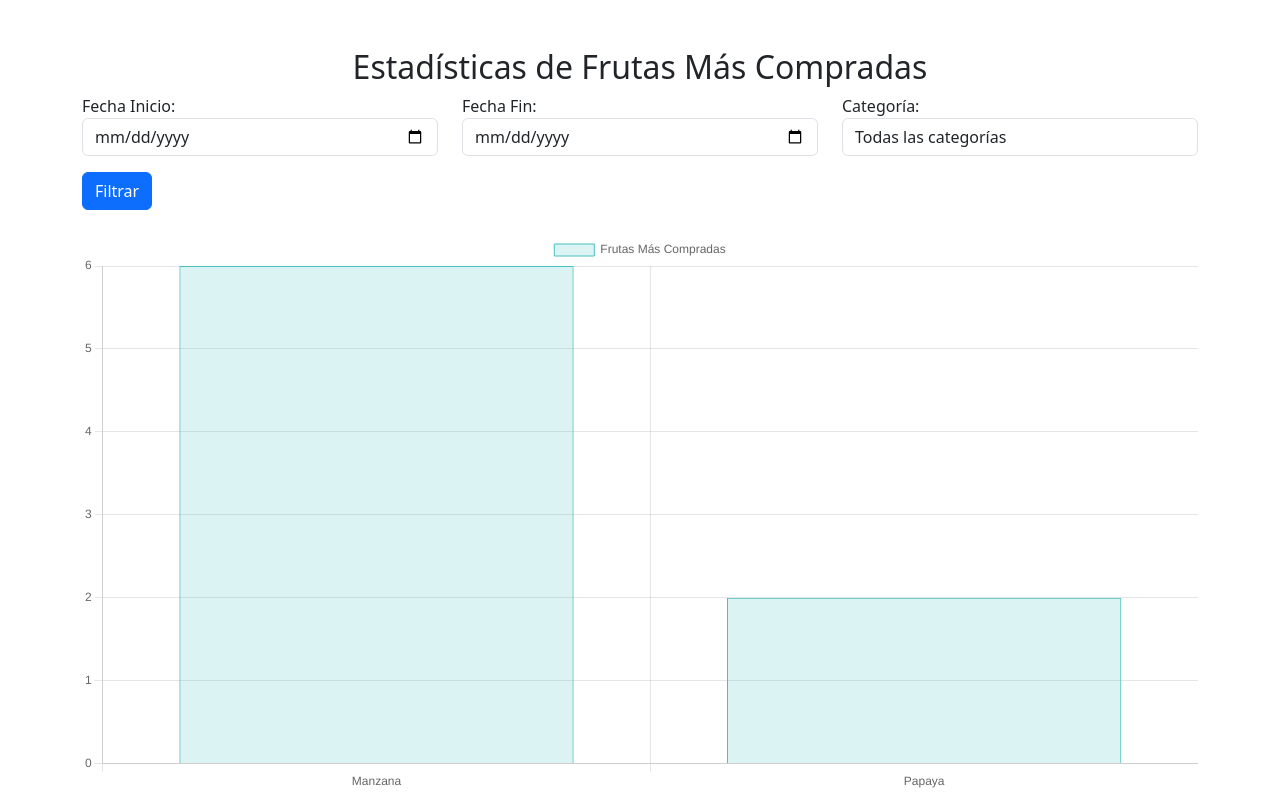
Repository: aandreaamaya/DiU2025-1
Page: http://localhost/estadisticas/
The author's editor kept a copy of each file at every save. The page is drawn from the files as they stood at one save, then again after the next save.
The browser window is 1280 px wide. The pictures show the whole page.
The page is served by the project's application, run on Django 5.2 (Clase 9/proyecto_ejemplo_clase_7/manage.py). Other server files are loaded and not shown. The page reads the database file committed with the project.

Above is the page before, as saved 2024-10-09 16:06:21.

### Clase 9/proyecto_ejemplo_clase_7/templates/estadisticas_frutas.html
{% extends 'base.html' %}
{% load static %}

{% block content %}
<div class="container mt-5">
    <h2 class="text-center">Estadísticas de Frutas Más Compradas</h2>

    <!-- Formulario para filtrar por fecha y categoría -->
    <form method="GET" class="row mb-4">
        <div class="col-md-4">
            <label for="fecha_inicio">Fecha Inicio:</label>
            <input type="date" name="fecha_inicio" class="form-control" id="fecha_inicio">
        </div>
        <div class="col-md-4">
            <label for="fecha_fin">Fecha Fin:</label>
            <input type="date" name="fecha_fin" class="form-control" id="fecha_fin">
        </div>
        <div class="col-md-4">
            <label for="categoria">Categoría:</label>
            <select name="categoria" class="form-control" id="categoria">
                <option value="">Todas las categorías</option>
                <!-- Aquí puedes generar las categorías dinámicamente -->
                <option value="Frutas Tropicales">Frutas Tropicales</option>
                <option value="Frutas Rojas">Frutas Rojas</option>
            </select>
        </div>
        <div class="col-md-12 mt-3">
            <button type="submit" class="btn btn-primary">Filtrar</button>
        </div>
    </form>

    <!-- Contenedor del gráfico -->
    <canvas id="graficoFrutasCompradas" width="400" height="200"></canvas>
</div>

<!-- Incluir Chart.js -->
<script src="https://cdn.jsdelivr.net/npm/chart.js"></script>
<script>
    const frutasCompradas = {{ frutas_compradas|safe }};  // Datos pasados desde Django

    // Extraer nombres y cantidades de frutas
    const nombresFrutas = frutasCompradas.map(f => f.fruta__nombre);
    const cantidadesFrutas = frutasCompradas.map(f => f.total_compradas);
    const porcentajesFrutas = frutasCompradas.map(f => f.porcentaje);

    // Crear gráfico
    const ctx = document.getElementById('graficoFrutasCompradas').getContext('2d');
    const graficoFrutas = new Chart(ctx, {
        type: 'bar',
        data: {
            labels: nombresFrutas,
            datasets: [{
                label: 'Frutas Más Compradas',
                data: cantidadesFrutas,
                backgroundColor: 'rgba(75, 192, 192, 0.2)',
                borderColor: 'rgba(75, 192, 192, 1)',
                borderWidth: 1
            }]
        },
        options: {
            scales: {
                y: {
                    beginAtZero: true
                }
            },
            plugins: {
                tooltip: {
                    callbacks: {
                        label: function(tooltipItem) {
                            const index = tooltipItem.dataIndex;
                            return `${nombresFrutas[index]}: ${porcentajesFrutas[index].toFixed(2)}% del total`;
                        }
                    }
                }
            }
        }
    });
</script>
{% endblock %}

### Clase 9/proyecto_ejemplo_clase_7/templates/base.html
<!-- base.html -->
{% load static %}
<!DOCTYPE html>
<html lang="es">
<head>
    <meta charset="UTF-8">
    <meta name="viewport" content="width=device-width, initial-scale=1.0">
    <title>Mercado Estético de Frutas</title>
    <link rel="stylesheet" href="{% static 'css/navbar.css' %}">
    <link href="https://cdn.jsdelivr.net/npm/bootstrap@5.3.0/dist/css/bootstrap.min.css" rel="stylesheet">
</head>
<body>

    {% if messages %}
    <div class="container mt-3">
        {% for message in messages %}
        <div class="alert alert-{{ message.tags }}">
            {{ message }}
        </div>
        {% endfor %}
    </div>
    {% endif %}

    {% block content %}
    {% endblock %}

    <script src="https://cdn.jsdelivr.net/npm/bootstrap@5.3.0/dist/js/bootstrap.bundle.min.js"></script>
</body>
</html>

### Clase 9/proyecto_ejemplo_clase_7/aplicacion_clase_7/views.py
from django.shortcuts import render, redirect, get_object_or_404
from django.contrib.auth.forms import UserCreationForm
from django.contrib.auth import login
from .models import Fruta, Compra, Categoria
from django.contrib.auth.decorators import login_required
from django.contrib import messages
from django.db.models import Count, Sum
from django.utils.dateparse import parse_date
import json

def estadisticas_frutas(request):
    # Filtros
    fecha_inicio = request.GET.get('fecha_inicio')
    fecha_fin = request.GET.get('fecha_fin')
    categorias = request.GET.getlist('categorias')  # Obtener una lista de categorías seleccionadas

    compras = Compra.objects.all()

    # Filtrar por rango de fechas si se especifica
    if fecha_inicio and fecha_fin:
        compras = compras.filter(fecha__range=[parse_date(fecha_inicio), parse_date(fecha_fin)])

    # Filtrar por múltiples categorías si se especifican
    if categorias:
        compras = compras.filter(fruta__categorias__id__in=categorias).distinct()

    # Obtener el total de frutas compradas
    frutas_compradas = compras.values('fruta__nombre').annotate(total_compradas=Sum('cantidad')).order_by('-total_compradas')

    # Calcular el porcentaje de frutas compradas
    total_compras = compras.aggregate(total=Sum('cantidad'))['total'] or 0
    if total_compras > 0:
        for fruta in frutas_compradas:
            fruta['porcentaje'] = (fruta['total_compradas'] / total_compras) * 100
    else:
        for fruta in frutas_compradas:
            fruta['porcentaje'] = 0

    # Obtener todas las categorías para el formulario
    todas_categorias = Categoria.objects.all()

    contexto = {
        'frutas_compradas': json.dumps(list(frutas_compradas)),
        'todas_categorias': todas_categorias,  # Enviar las categorías al formulario
    }
    return render(request, 'estadisticas_frutas.html', contexto)

# Vista para listar frutas disponibles
def lista_frutas(request):
    frutas = Fruta.objects.all()  # Obtener todas las frutas disponibles
    return render(request, 'lista_frutas.html', {'frutas': frutas})

# Vista para comprar una fruta
@login_required
def comprar_fruta(request, fruta_id):
    fruta = get_object_or_404(Fruta, id=fruta_id)

    if request.method == 'POST':
        cantidad = int(request.POST.get('cantidad'))

        # Verificar si hay suficiente stock
        if cantidad > fruta.stock:
            messages.error(request, 'No hay suficiente stock disponible.')
        else:
            # Registrar la compra
            Compra.objects.create(usuario=request.user, fruta=fruta, cantidad=cantidad)

            # Actualizar el stock de la fruta
            fruta.stock -= cantidad
            fruta.save()

            messages.success(request, f'Has comprado {cantidad} {fruta.nombre}(s).')

        return redirect('lista_frutas')

    return render(request, 'comprar_fruta.html', {'fruta': fruta})


def registro_usuario(request):
    if request.method == 'POST':
        form = UserCreationForm(request.POST)
        if form.is_valid():
            usuario = form.save()
            login(request, usuario)  # Iniciar sesión automáticamente tras el registro
            return redirect('inicio')  # Redirigir a la página de inicio o productos
    else:
        form = UserCreationForm()

    return render(request, 'registro.html', {'form': form})

def inicio(request):
    return render(request, 'inicio.html')

### Clase 9/proyecto_ejemplo_clase_7/proyecto_ejemplo_clase_7/urls.py
"""
URL configuration for proyecto_ejemplo_clase_7 project.

The `urlpatterns` list routes URLs to views. For more information please see:
    https://docs.djangoproject.com/en/5.0/topics/http/urls/
Examples:
Function views
    1. Add an import:  from my_app import views
    2. Add a URL to urlpatterns:  path('', views.home, name='home')
Class-based views
    1. Add an import:  from other_app.views import Home
    2. Add a URL to urlpatterns:  path('', Home.as_view(), name='home')
Including another URLconf
    1. Import the include() function: from django.urls import include, path
    2. Add a URL to urlpatterns:  path('blog/', include('blog.urls'))
"""
from django.contrib import admin
from django.urls import include, path

urlpatterns = [
    path('admin/', admin.site.urls),
    path('', include('aplicacion_clase_7.urls')),
]

### Clase 9/proyecto_ejemplo_clase_7/aplicacion_clase_7/urls.py
from django.urls import path
from . import views

from django.contrib.auth import views as auth_views

urlpatterns = [

    path('', views.inicio, name='inicio'),
     # Página de registro
    path('registro/', views.registro_usuario, name='registro'),

    # Inicio de sesión (usando vistas genéricas de Django)
    path('login/', auth_views.LoginView.as_view(template_name='login.html'), name='login'),

    # Cerrar sesión
    path('logout/', auth_views.LogoutView.as_view(template_name='logout.html'), name='logout'),

    path('frutas/', views.lista_frutas, name='lista_frutas'),
    path('comprar/<int:fruta_id>/', views.comprar_fruta, name='comprar_fruta'),
    path('estadisticas/', views.estadisticas_frutas, name='estadisticas_frutas'),
]

### Clase 9/proyecto_ejemplo_clase_7/aplicacion_clase_7/static/css/navbar.css
.bg-banner {
    background-image: url('/static/img/fondo.jpg');
    background-size: cover;
    background-position: center;
    background-repeat: no-repeat;
    height: 80px;
    display: flex;
    align-items: center;
}



.navbar .navbar-brand, .navbar-nav .nav-link {
    color: rgb(255, 232, 219) !important; /* Cambiar color del texto a blanco */
    font-weight: bold;
    font-family: 'Lucida Sans', 'Lucida Sans Regular', 'Lucida Grande', 'Lucida Sans Unicode', Geneva, Verdana, sans-serif;
}

.navbar .navbar-brand:hover, .navbar-nav .nav-link:hover {
    color: #ffeeba !important; /* Cambiar el color al pasar el cursor */
}

### Clase 9/proyecto_ejemplo_clase_7/db.sqlite3 (the tables this page reads, as SQL)
CREATE TABLE "aplicacion_clase_7_compra" ("id" integer NOT NULL PRIMARY KEY AUTOINCREMENT, "cantidad" integer NOT NULL, "fecha" datetime NOT NULL, "usuario_id" integer NOT NULL REFERENCES "auth_user" ("id") DEFERRABLE INITIALLY DEFERRED, "fruta_id" bigint NOT NULL REFERENCES "aplicacion_clase_7_fruta" ("id") DEFERRABLE INITIALLY DEFERRED);
INSERT INTO "aplicacion_clase_7_compra" VALUES
(1, 3, '2024-10-09 21:34:17.512461', 1, 1),
(2, 2, '2024-10-09 22:11:14.857012', 1, 6),
(3, 3, '2024-10-09 22:11:48.129445', 1, 1);

CREATE TABLE "aplicacion_clase_7_fruta" ("id" integer NOT NULL PRIMARY KEY AUTOINCREMENT, "nombre" varchar(100) NOT NULL, "precio" decimal NOT NULL, "stock" integer NOT NULL);
INSERT INTO "aplicacion_clase_7_fruta" VALUES
(1, 'Manzana', 65, 114),
(2, 'Mandarina', 80, 200),
(3, 'Maracuyá', 140, 40),
(4, 'Pera', 40, 123),
(5, 'Carambola', 130, 24),
(6, 'Papaya', 50, 288);

### Clase 9/proyecto_ejemplo_clase_7/aplicacion_clase_7/models.py
# models.py

from django.db import models
from django.contrib.auth.models import User  # Para asociar las compras al usuario

# models.py

from django.db import models

class Categoria(models.Model):
    nombre = models.CharField(max_length=100)

    def __str__(self):
        return self.nombre

class Fruta(models.Model):
    nombre = models.CharField(max_length=100)
    precio = models.DecimalField(max_digits=10, decimal_places=2)
    stock = models.IntegerField()
    categorias = models.ManyToManyField(Categoria)  # Relación muchos a muchos con categorías

    def __str__(self):
        return self.nombre


class Compra(models.Model):
    usuario = models.ForeignKey(User, on_delete=models.CASCADE)
    fruta = models.ForeignKey(Fruta, on_delete=models.CASCADE)
    cantidad = models.IntegerField()
    fecha = models.DateTimeField(auto_now_add=True)

    def __str__(self):
        return f'{self.usuario.username} compró {self.cantidad} {self.fruta.nombre}(s)'

After the next save:
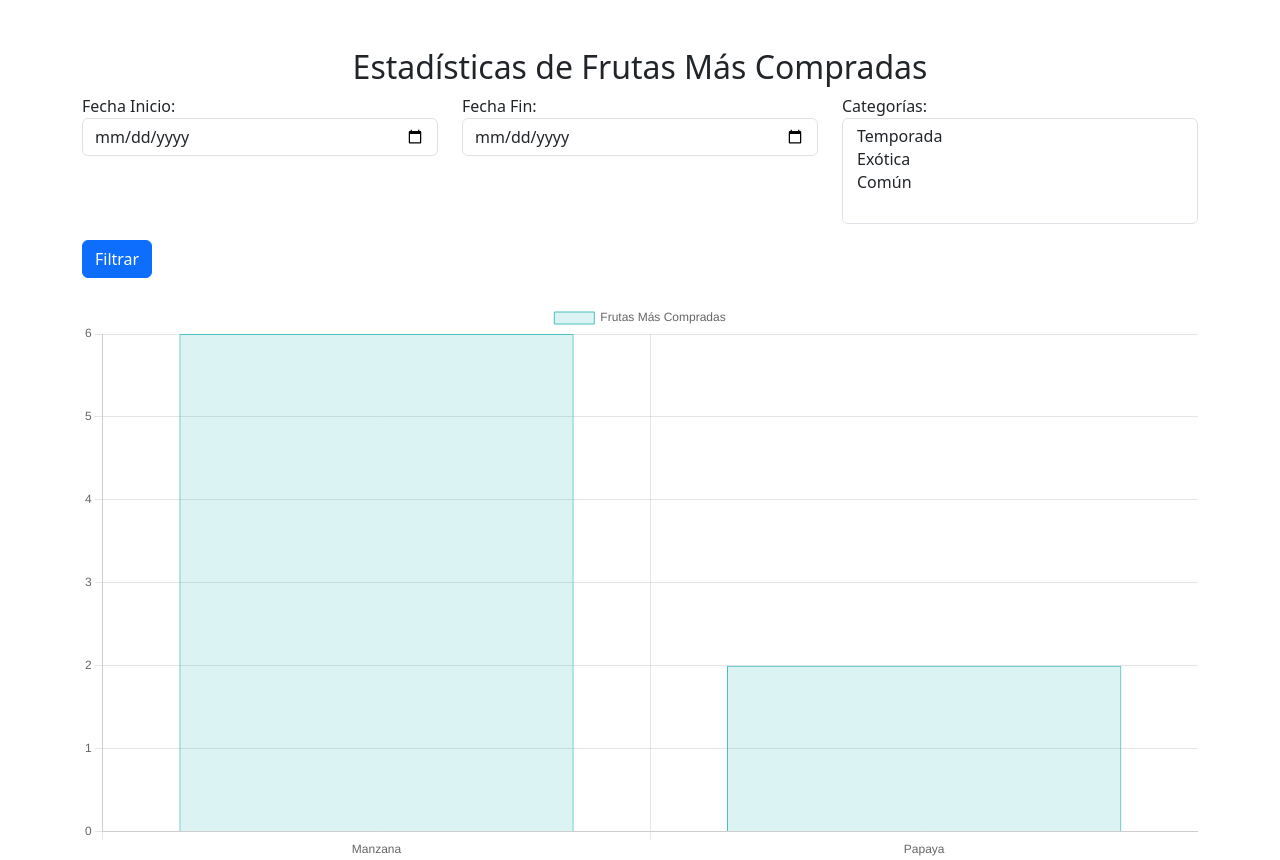
Saved 37 s later.
--- a/Clase 9/proyecto_ejemplo_clase_7/templates/estadisticas_frutas.html
+++ b/Clase 9/proyecto_ejemplo_clase_7/templates/estadisticas_frutas.html
@@ -16,18 +16,19 @@
             <input type="date" name="fecha_fin" class="form-control" id="fecha_fin">
         </div>
         <div class="col-md-4">
-            <label for="categoria">Categoría:</label>
-            <select name="categoria" class="form-control" id="categoria">
-                <option value="">Todas las categorías</option>
-                <!-- Aquí puedes generar las categorías dinámicamente -->
-                <option value="Frutas Tropicales">Frutas Tropicales</option>
-                <option value="Frutas Rojas">Frutas Rojas</option>
+            <label for="categorias">Categorías:</label>
+            <select name="categorias" class="form-control" id="categorias" multiple>
+                <!-- Mostrar dinámicamente las categorías -->
+                {% for categoria in todas_categorias %}
+                <option value="{{ categoria.id }}">{{ categoria.nombre }}</option>
+                {% endfor %}
             </select>
         </div>
         <div class="col-md-12 mt-3">
             <button type="submit" class="btn btn-primary">Filtrar</button>
         </div>
     </form>
+
 
     <!-- Contenedor del gráfico -->
     <canvas id="graficoFrutasCompradas" width="400" height="200"></canvas>
